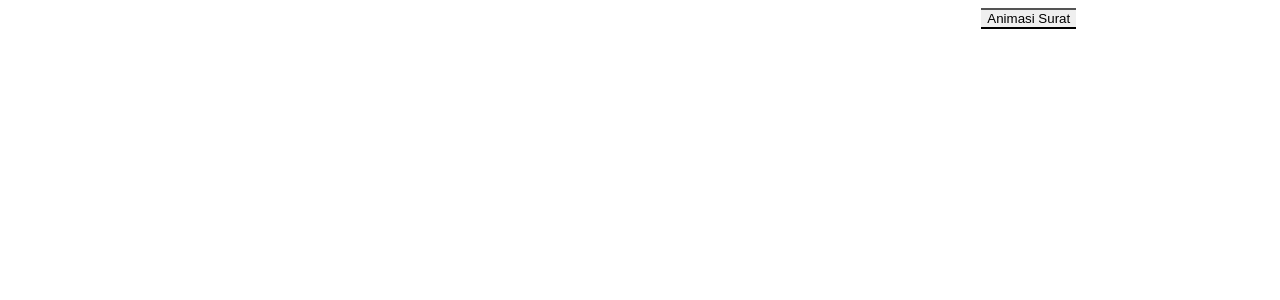
Repository: Irantsitumorang/projectRepo1
Page: BelajarJS/LatihanHTML/WebContent/suratj.html
The author's editor kept a copy of each file at every save. The page is drawn from the files as they stood at one save, then again after the next save.
The browser window is 1280 px wide. The pictures show the whole page.

Above is the page before, as saved 2021-07-01 10:40:59.

After the next save:
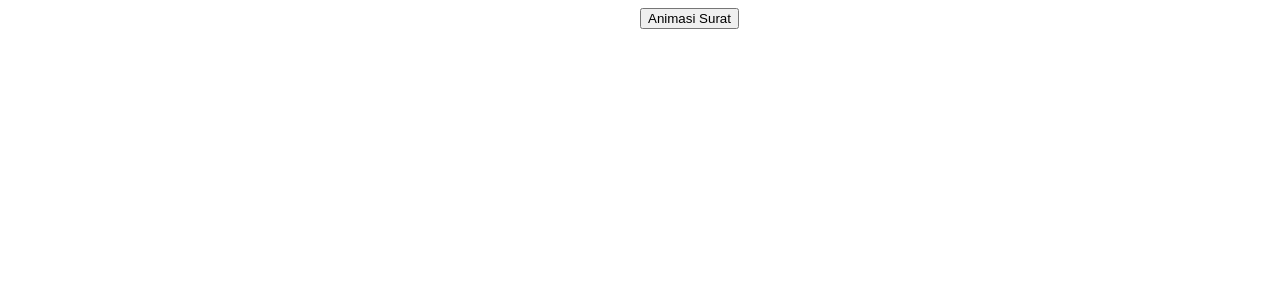
Saved 18 s later.
--- a/BelajarJS/LatihanHTML/WebContent/suratj.html
+++ b/BelajarJS/LatihanHTML/WebContent/suratj.html
@@ -9,11 +9,11 @@
 
     <style>
 
-	#bg{
+/* 	#bg{
 	margin-left: 54%;
 	border-left: 20px;
 	border-right: 20px;
-	}
+	} */
 
     #surat1 {
     width: 0;
